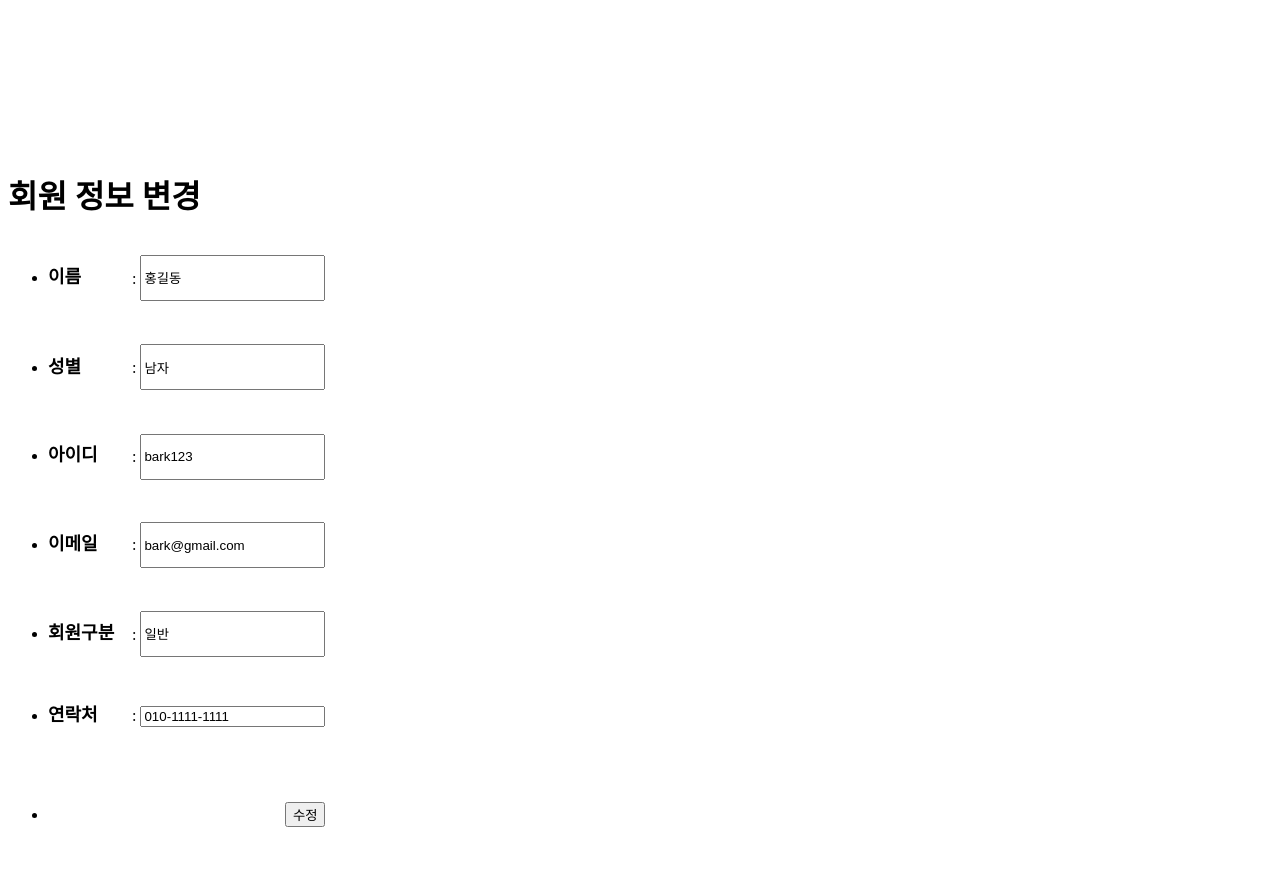
Repository: jngwk/Project-Bark
Page: http://localhost/Bark/include/userEditProfileFrm.jsp
The author's editor kept a copy of each file at every save. The page is drawn from the files as they stood at one save, then again after the next save.
The browser window is 1280 px wide. The pictures show the whole page.
The page is served by Tomcat 9.

Above is the page before, as saved 2024-03-31 05:26:11.

After the next save:
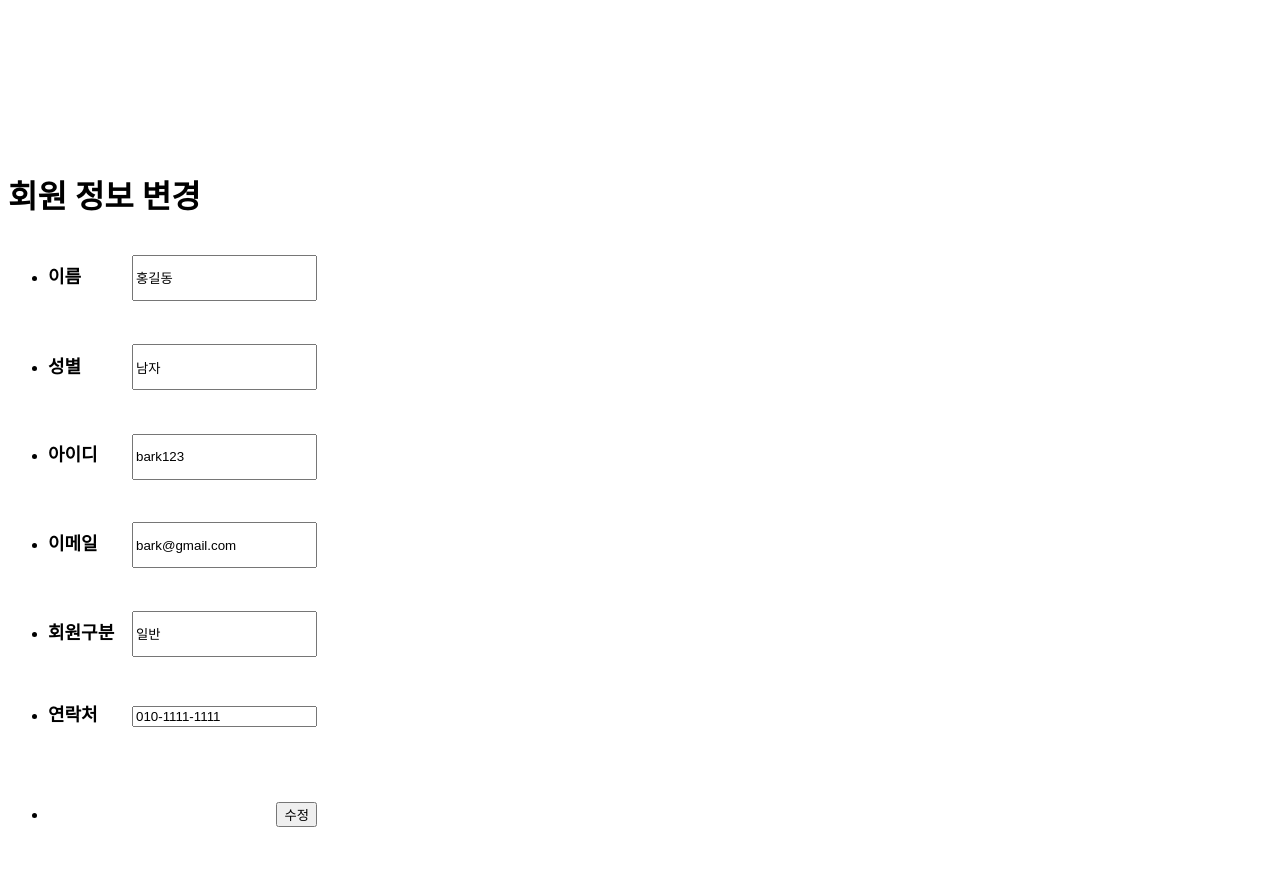
Saved 43 s later.
--- a/java_workspace/Bark/src/main/webapp/include/userEditProfileFrm.jsp
+++ b/java_workspace/Bark/src/main/webapp/include/userEditProfileFrm.jsp
@@ -15,27 +15,27 @@
 	<h1 id="info_header">회원 정보 변경</h1>
 	<form class = "main_info" action="./userEditProfileProc.jsp" method="post">
 		<ul class = "info-list">
-			<li class="form-element"><span class="label-text">이름</span> :
+			<li class="form-element"><span class="label-text">이름</span>
 			<input class="profile readonly" type="text" data-text-content="true"
 			value="홍길동" readonly></li>
 
-			<li class="form-element"><span class="label-text">성별</span> :
+			<li class="form-element"><span class="label-text">성별</span>
 			<input class="profile readonly" type="text" data-text-content="true"
 			value="남자" readonly></li>
 
-			<li class="form-element"><span class="label-text">아이디</span> :
+			<li class="form-element"><span class="label-text">아이디</span>
 			<input class="profile readonly" type="text" data-text-content="true"
 			value="bark123" readonly></li>
 
-			<li class="form-element"><span class="label-text">이메일</span> :
+			<li class="form-element"><span class="label-text">이메일</span>
 			<input class="profile" type="text" data-text-content="true"
 			value="bark@gmail.com" ></li>
 
-			<li class="form-element"><span class="label-text">회원구분</span> :
+			<li class="form-element"><span class="label-text">회원구분</span>
 			<input class="profile readonly" type="text" data-text-content="true"
 			value="일반" readonly></li>
 
-			<li class="form-element"><span class="label-text">연락처</span> :
+			<li class="form-element"><span class="label-text">연락처</span>
 			<input class="profile1" type="text" data-text-content="true"
 			value="010-1111-1111" ></li>
 			<li class="form-element align-right">
